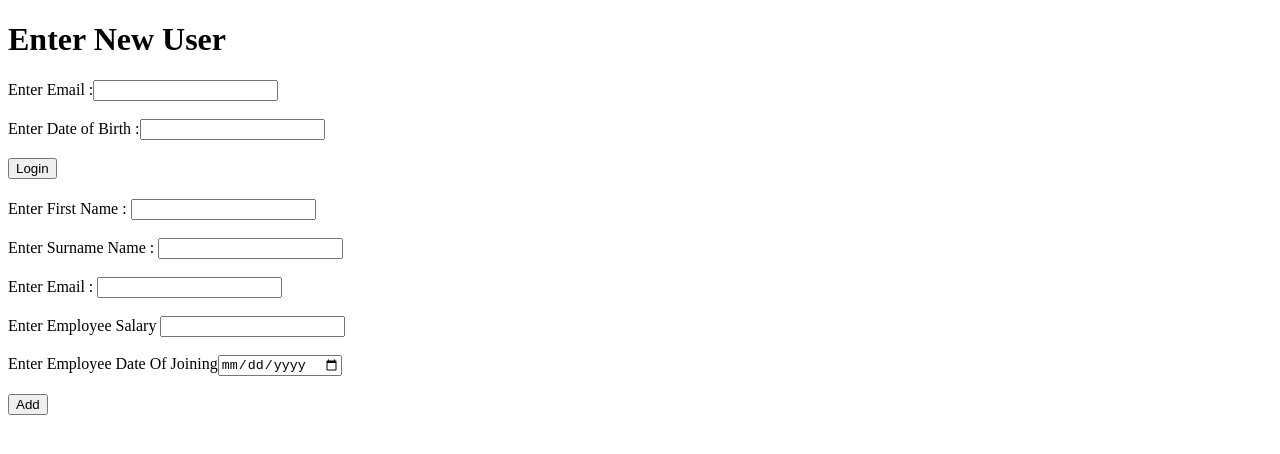
Repository: emilydoswell/ClassPractise
Page: http://localhost/InputNewCustomer
These files come from the project's save history. The page is drawn as it stood at one moment and after the next save; the edit follows.
The browser window is 1280 px wide. The pictures show the whole page.
The page is this project's Thymeleaf template; nobody is signed in. The template is opened directly, without the code that normally fills it, so the values that code supplies are empty.

Above is the page before, as saved 2022-12-10 12:50:54.

After the next save:
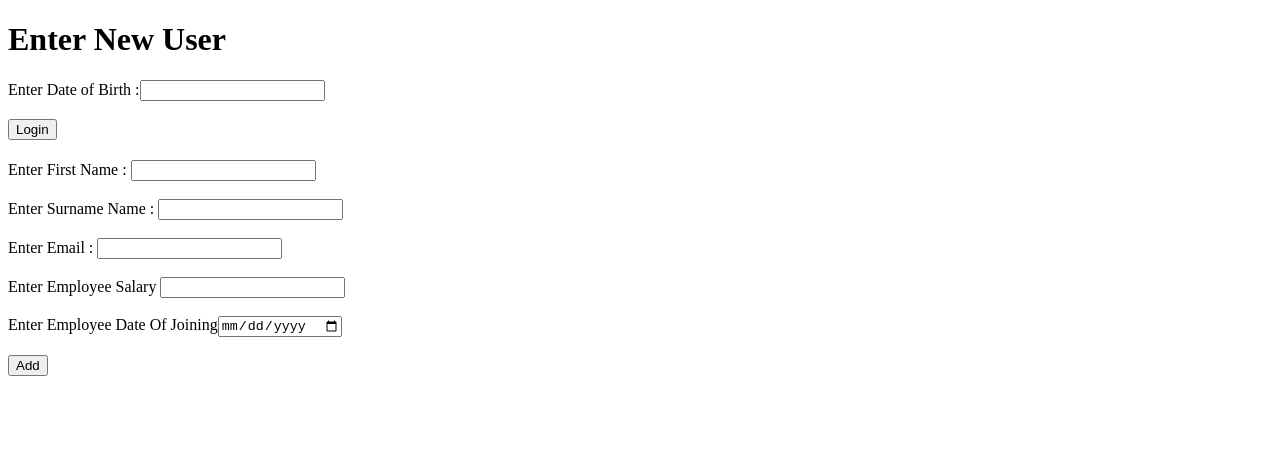
Saved 14 s later.
--- a/Documents/Wiley/MetroSystem/MetroClient/src/main/resources/templates/InputNewCustomer.html
+++ b/Documents/Wiley/MetroSystem/MetroClient/src/main/resources/templates/InputNewCustomer.html
@@ -8,7 +8,7 @@
 	<h1>Enter New User</h1>
 	<form action="./account" method="post">
 
-		Enter Email :<input type="text" name="customerEmail"><br><br>
+
 		Enter Date of Birth :<input type="text" name="customerDateOfBirth"><br><br>
 		<input type="submit" value="Login">
 
@@ -22,7 +22,7 @@
 	Enter Surname Name : <input type="text" th:field="*{customerEmail}"><br><br>
 	Enter Email : <input type="text" th:field="*{customerEmail}"><br><br>
 	Enter Employee Salary <input type="text" th:field="*{empSalary}"><br><br>
-	Enter Employee Date Of Joining<input type="date" name="doj"><br><br>
+	Enter Employee Date Of Joining<input type="date" name="customerDateOfBirth"><br><br>
 
 	<input type="submit" value="Add">
 </form>
